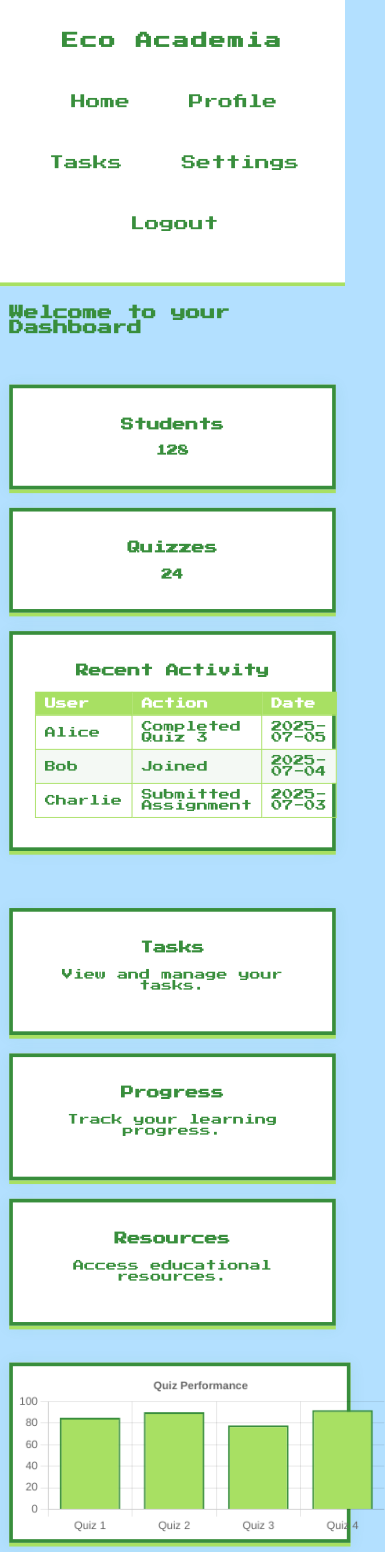
Repository: hotaruhshs/eco-academia
Page: admin/dashboard.html
An editor plug-in stored every save of this project. The page is shown before and after the next save, followed by the edit.
The browser window is 375 px wide. The page is 418 px wide, so the pictures cover 418 px, including what lies to the right of the window. The pictures show the whole page, at 92% of full size.

Above is the page before, as saved 2025-07-06 01:45:42.

After the next save:
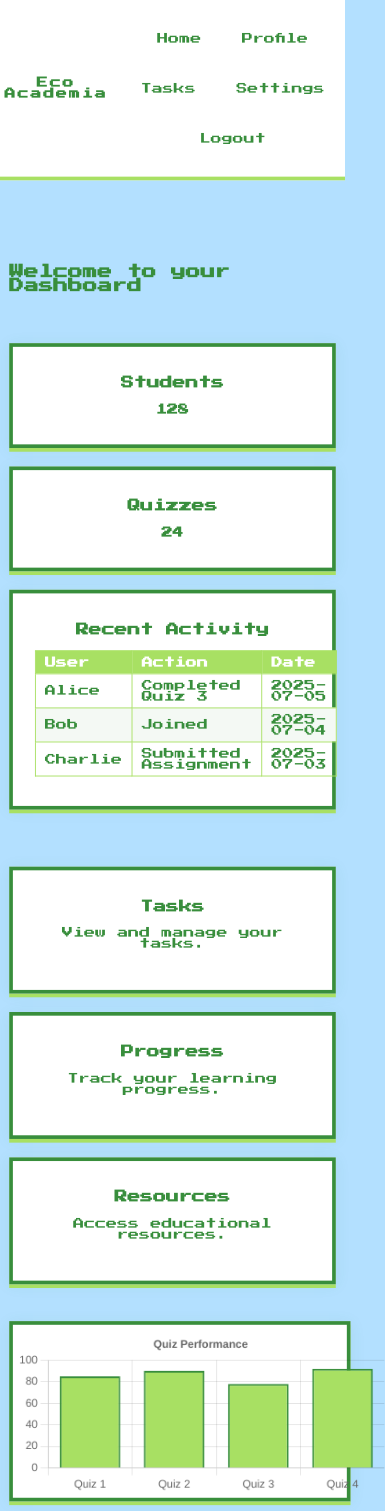
Saved 62 s later.
--- a/admin/css/dashboard.css
+++ b/admin/css/dashboard.css
@@ -206,18 +206,42 @@ body::after {
   }
 }
 @media (max-width: 900px) {
+  .sidebar {
+    position: fixed;
+    left: 0;
+    top: 0;
+    width: 100vw;
+    height: 60px;
+    display: flex;
+    flex-direction: row;
+    align-items: center;
+    justify-content: flex-start;
+    box-shadow: 0 4px 0 #a8e063;
+    border-right: none;
+    border-bottom: 4px solid #a8e063;
+    z-index: 1000;
+  }
+  .sidebar h2 {
+    margin: 0 20px 0 10px;
+    font-size: 16px;
+    display: inline-block;
+  }
+  .sidebar ul {
+    display: flex;
+    flex-direction: row;
+    gap: 10px;
+    margin: 0;
+    padding: 0;
+  }
+  .sidebar ul li {
+    margin: 0 5px;
+  }
   .main-content {
     margin-left: 0;
+    margin-top: 70px;
     width: 100vw;
-    padding: 20px;
-  }
-  .sidebar {
-    position: static;
-    width: 100%;
-    height: auto;
-    box-shadow: none;
-    border-right: none;
-    border-bottom: 4px solid #a8e063;
+    padding: 10px;
+    align-items: stretch;
   }
 }
 @media (max-width: 800px) {
@@ -253,6 +277,26 @@ body::after {
     padding: 10px;
   }
 }
+@media (max-width: 600px) {
+  .sidebar h2 {
+    font-size: 12px;
+    margin: 0 10px 0 5px;
+  }
+  .sidebar ul li a {
+    font-size: 12px;
+    padding: 6px 10px;
+  }
+  .main-content h1 {
+    font-size: 14px;
+  }
+  .card h3 {
+    font-size: 12px;
+  }
+  .card p,
+  .metric-value {
+    font-size: 10px;
+  }
+}
 @media (max-width: 500px) {
   .main-content h1 {
     font-size: 16px;
